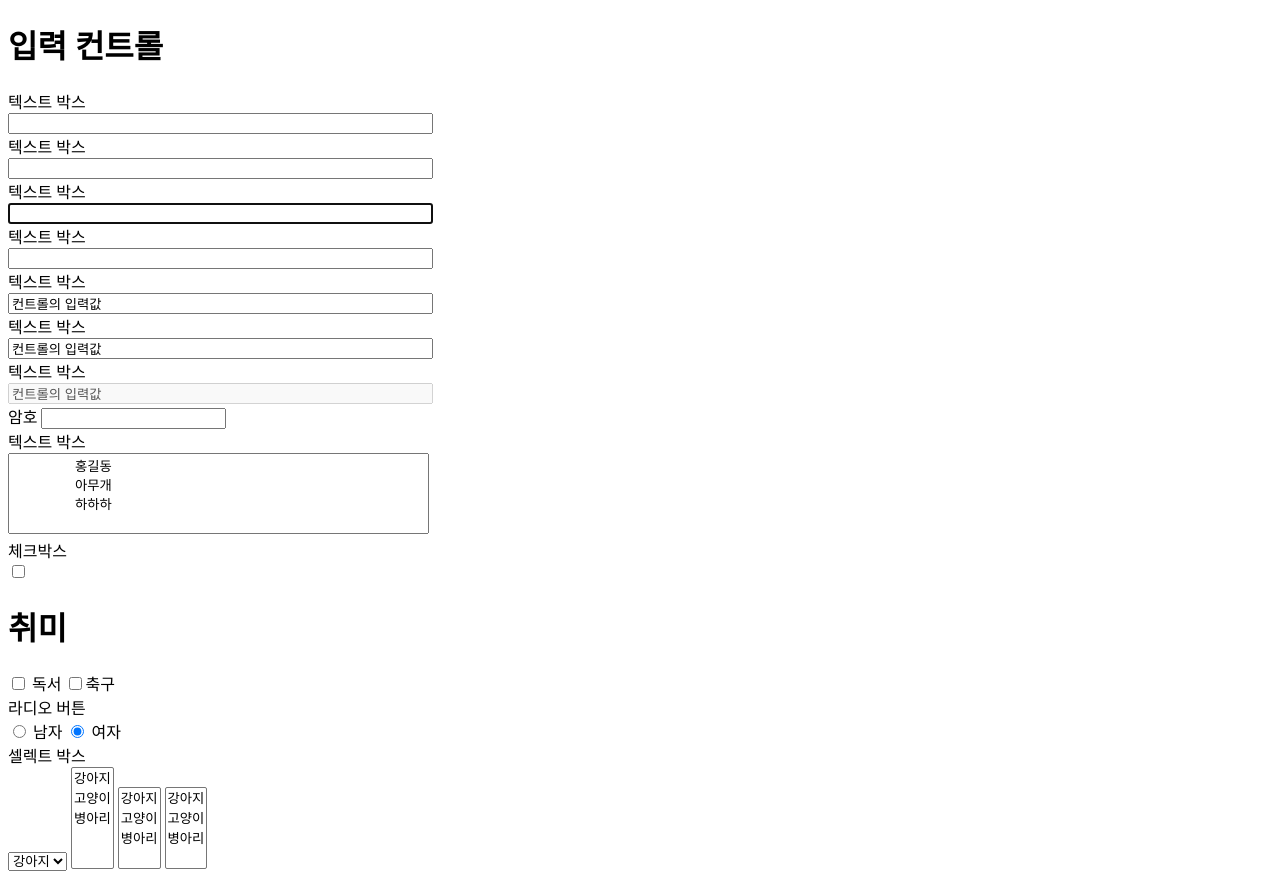
Repository: Hwang-97/HhwDesktop
Page: client/ClientTest/src/main/webapp/html/ex17_form.html
An editor plug-in stored every save of this project. The page is shown before and after the next save, followed by the edit.
The browser window is 1280 px wide. The pictures show the whole page.

Above is the page before, as saved 2021-12-13 02:40:04.

### client/ClientTest/src/main/webapp/html/ex17_form.html
<!DOCTYPE html>
<html>
<head>
<meta charset="UTF-8">
<title>Insert title here</title>
</head>
<body>
<!--
<h1>sd</h1>
<form action="/client/html/ex17_ok.jsp" method = "post">
<input type = "text" name = "txt1">
<input type = "submit" value = "서버로 전송하기">
</form>
<h1>네이버 검색</h1>
<form action="https://search.naver.com/search.naver" method = "get">
<input type ="text" name = "query">
<input type ="submit" value = "검색하기">
</form>
-->

<h1>입력 컨트롤</h1>
텍스트 박스
<form>
<input type = "text" name="txt1" id="txt1" class = "txt" size="50"
maxlength="5">
</form>
텍스트 박스
<form>
<input type = "text" name="txt1" id="txt1" class = "txt" size="50"
maxlength="5" autocomplete = "off">
</form>
텍스트 박스
<form>
<input type = "text" name="txt1" id="txt1" class = "txt" size="50"
maxlength="5" autofocus><!-- 기본 포커스-->
</form>
텍스트 박스
<form>
<input type = "text" name="txt1" id="txt1" class = "txt" size="50"
maxlength="5" accesskey ="s"><!-- art + 지정키 누를시 해당 창으로 이동-->
</form>
텍스트 박스
<form>
<input type = "text" name="txt1" id="txt1" class = "txt" size="50"
maxlength="5" value="컨트롤의 입력값"><!-- 기본값-->
</form>
텍스트 박스
<form>
<input type = "text" name="txt1" id="txt1" class = "txt" size="50"
maxlength="5" value="컨트롤의 입력값" readonly ><!--읽기전용-->
</form>
텍스트 박스
<form>
<input type = "text" name="txt1" id="txt1" class = "txt" size="50"
maxlength="5" value="컨트롤의 입력값" disabled><!--사용 불가-->
</form>
암호
<input type = "password">
<br>
텍스트 박스
<br>
<textarea cols="50" rows="5" style = "resize:none;">
	홍길동
	아무개
	하하하
</textarea>
<br>
체크박스
<br>
<input type = "checkbox">
<h1>취미</h1>
<input type = "checkbox" id = "cb1"><label for = "cb1"> 독서</label>
<label> <input type = "checkbox" id = "cb1">축구</label>
<br>
라디오 버튼
<br>
<input type = "radio" name = "rbGender"> 남자
<input type = "radio" name = "rbGender" checked> 여자
<br>
셀렉트 박스
<br>
<select name ="sell">
	<option value ="1">강아지</option>
	<option value ="2">고양이</option>
	<option value ="3">병아리</option>
</select>

<select name ="sel2" size ="5">
	<option value ="1">강아지</option>
	<option value ="2">고양이</option>
	<option value ="3">병아리</option>
</select>

<select name ="sel3" multiple>
	<option value ="1">강아지</option>
	<option value ="2">고양이</option>
	<option value ="3">병아리</option>
</select>

<select name ="sel4" multiple>
	<oprion>애완동물을 선택하세요.</oprion>
	<option value ="1">강아지</option>
	<option value ="2">고양이</option>
	<option value ="3">병아리</option>
</select>





</body>
</html>

After the next save:
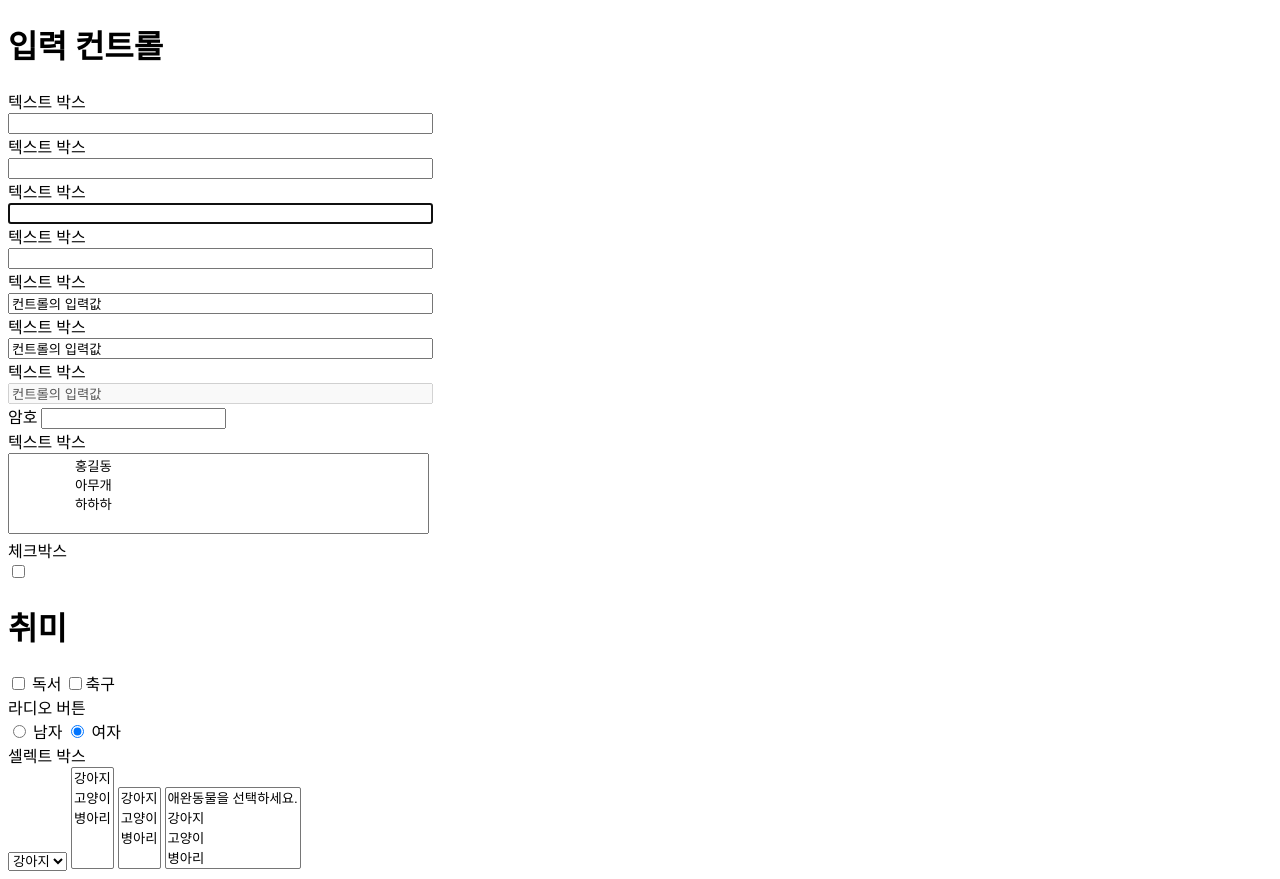
Saved 5 s later.
--- a/client/ClientTest/src/main/webapp/html/ex17_form.html
+++ b/client/ClientTest/src/main/webapp/html/ex17_form.html
@@ -98,7 +98,7 @@ maxlength="5" value="컨트롤의 입력값" disabled><!--사용 불가-->
 </select>
 
 <select name ="sel4" multiple>
-	<oprion>애완동물을 선택하세요.</oprion>
+	<option>애완동물을 선택하세요.</oprion>
 	<option value ="1">강아지</option>
 	<option value ="2">고양이</option>
 	<option value ="3">병아리</option>
